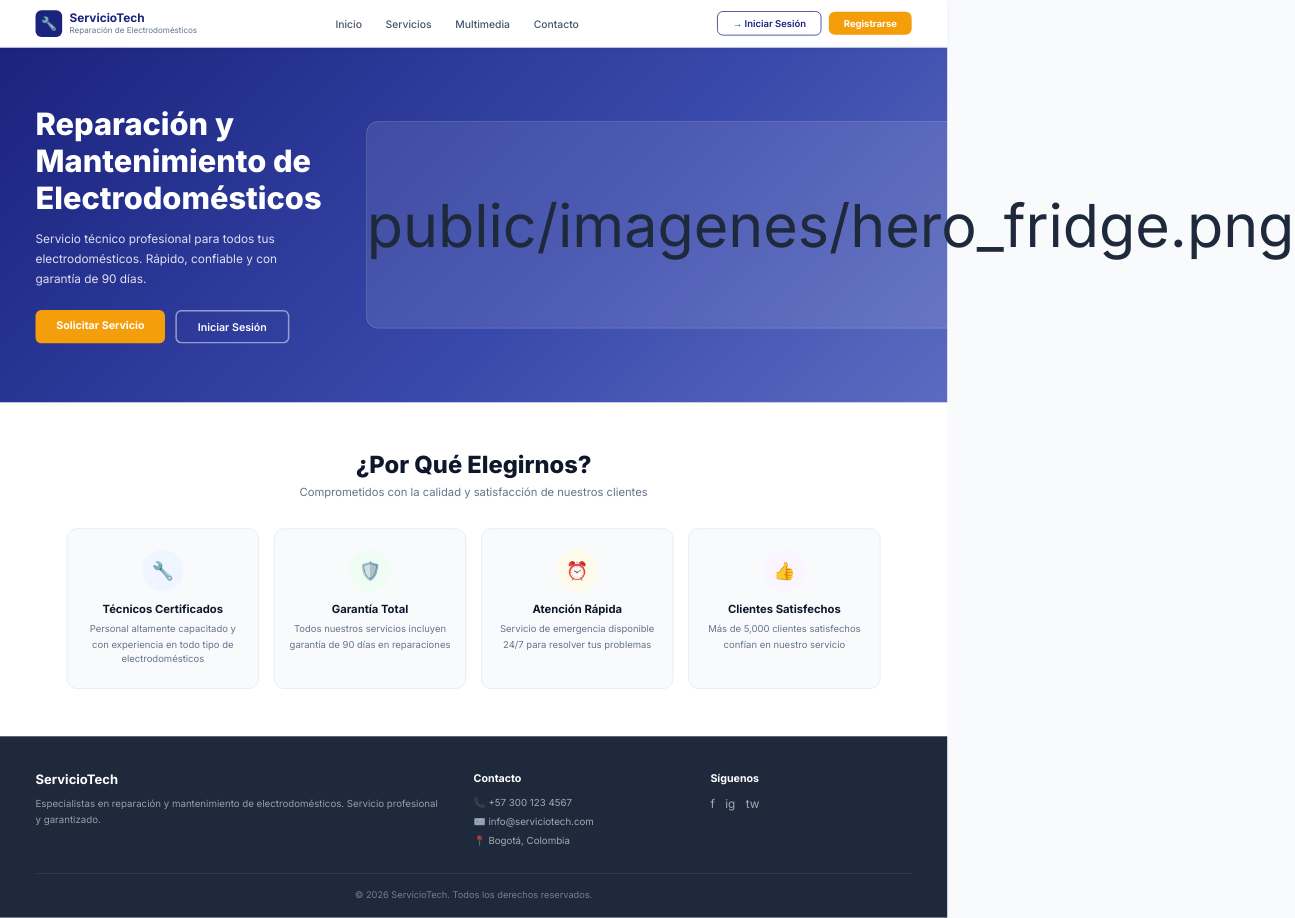
Repository: josuecadena337-hue/serviciotech-larevel-
Page: http://localhost/
The author's editor kept a copy of each file at every save. The page is drawn from the files as they stood at one save, then again after the next save.
The browser window is 1280 px wide. The page is 1750 px wide, then 1280 px, so the pictures cover 1750 px, including what lies to the right of the window. The pictures show the whole page, at 74% of full size.
The page is served by the project's Laravel application, run on PHP 8.4 with Laravel 12.

Above is the page before, as saved 2026-08-20 11:23:01.

After the next save:
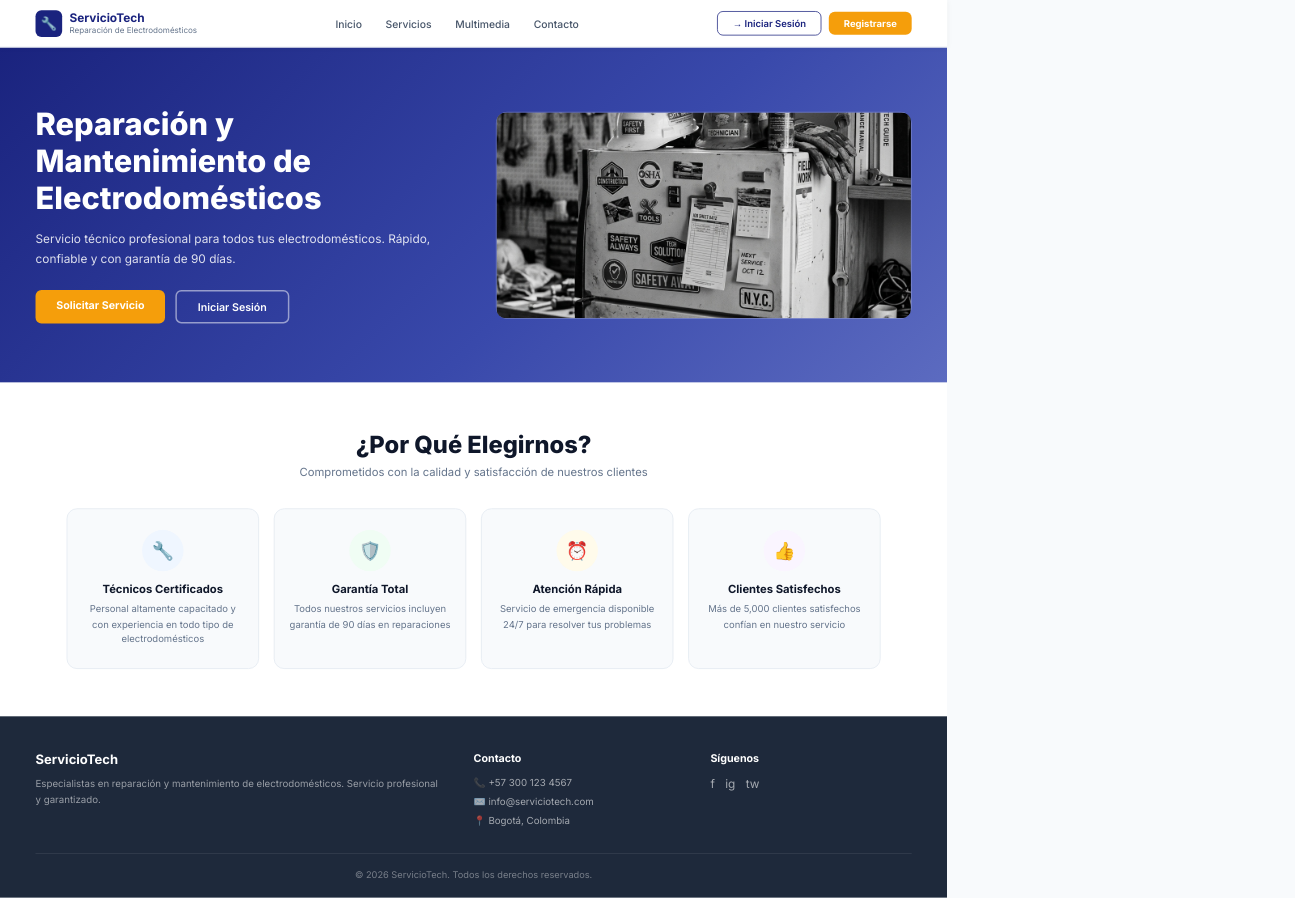
Saved 37 s later.
--- a/resources/views/welcome.blade.php
+++ b/resources/views/welcome.blade.php
@@ -91,7 +91,9 @@
             <a href="{{ route('login') }}" class="btn-hero-secondary">Iniciar Sesión</a>
         </div>
     </div>
-    <div class="hero-image">public/imagenes/hero_fridge.png</div>
+    <div class="hero-image">
+    <img src="{{ asset('images/hero.jpg') }}" alt="ServicioTech" style="width:100%; height:100%; object-fit:cover; border-radius:12px;">
+</div>
 </section>
 
 {{-- ¿POR QUÉ ELEGIRNOS? --}}
